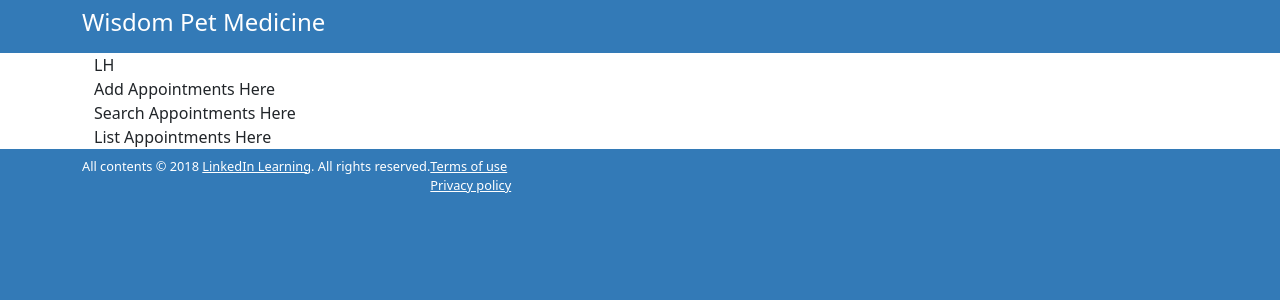
Repository: DevLuDaley/reactinterface
Page: /
These files come from the project's save history. The page is drawn as it stood at one moment and after the next save; the edit follows.
The browser window is 1280 px wide. The pictures show the whole page.
The project was rebuilt for these pictures with package versions that can differ from the ones it lists, and the page was loaded fresh each time. Also part of the build but not shown: src/css/App.css.

Above is the page before, as saved 2021-02-04 17:47:14.

### public/index.html
<!DOCTYPE html>
<html lang="en">
  <head>
    <meta charset="utf-8" />
    <link rel="icon" href="%PUBLIC_URL%/favicon.ico" />
    <meta name="viewport" content="width=device-width, initial-scale=1" />
    <meta name="theme-color" content="#000000" />
    <meta
      name="description"
      content="Web site created using create-react-app"
    />
    <link rel="apple-touch-icon" href="%PUBLIC_URL%/logo192.png" />
    <!--
      manifest.json provides metadata used when your web app is installed on a
      user's mobile device or desktop. See https://developers.google.com/web/fundamentals/web-app-manifest/
    -->
    <link rel="manifest" href="%PUBLIC_URL%/manifest.json" />
    <!--
      Notice the use of %PUBLIC_URL% in the tags above.
      It will be replaced with the URL of the `public` folder during the build.
      Only files inside the `public` folder can be referenced from the HTML.

      Unlike "/favicon.ico" or "favicon.ico", "%PUBLIC_URL%/favicon.ico" will
      work correctly both with client-side routing and a non-root public URL.
      Learn how to configure a non-root public URL by running `npm run build`.
    -->
    <title>React App</title>
  </head>
  <body>
    <noscript>You need to enable JavaScript to run this app.</noscript>
    <header class="container text-white">
      <h4 class="py-2">Wisdom Pet Medicine</h4>
    </header>

    <div id="root"></div>

    <footer class="container d-flex text-white py-2">
      <p>
        All contents &copy; 2018
        <a href="https://www.linkedin.com/learning">LinkedIn Learning</a>. All
        rights reserved.
      </p>
      <div class="ml-auto">
        <a class="d-block text-white" href="#">Terms of use</a>
        <a class="d-block text-white" href="#">Privacy policy</a>
      </div>
      <!-- col-md-6 -->
    </footer>
    <!-- footer -->
  </body>
</html>

### src/index.js
import React from 'react';
import ReactDOM from 'react-dom';
import 'bootstrap/dist/css/bootstrap.css'
import './css/index.css';
import App from './components/App';
import reportWebVitals from './reportWebVitals';
// import * as serviceWorker from './serviceWorker';
import 'jquery/dist/jquery'
import 'popper.js/dist/umd/popper'
import 'bootstrap/dist/js/bootstrap'

ReactDOM.render(
  <React.StrictMode>
    <App />
  </React.StrictMode>,
  document.getElementById('root')
);

// If you want to start measuring performance in your app, pass a function
// to log results (for example: reportWebVitals(console.log))
// or send to an analytics endpoint. Learn more: https://bit.ly/CRA-vitals
// serviceWorker.unregister()
reportWebVitals();

### src/components/App.js
import React, { Component } from 'react'
import '../css/App.css';
import AddAppointments from './AddAppointments';
import SearchAppointments from './SearchAppointments';
import ListAppointments from './ListAppointments';

class App extends Component {
  constructor(props) {
    super(props);
    this.state = {
      myName: 'LH',
      authorized: true,
      myAppointments: []
     }
  }
  componentDidMount() {
    fetch('./data.json')
    .then(response => response.json())
    .then(result => {
      const apts = result.map(item => {
        return item;
      })
      this.setState({
        myAppointments: apts
      })
    })
  }

  render() {
    return (
      // <div className="App">
            <main className="page bg-white" id="petratings">
        <div className="container">
          <div className="row">
            <div className="col-md-12 bg-white">
              <div className="container">
              { this.state.myName}
                <div> <AddAppointments /> </div>
                <div> <SearchAppointments authorized={true}/> </div>
                <div> <ListAppointments /> </div>
              </div>
            </div>
          </div>
        </div>
      </main>
    // </div>
      );
  }
}

export default App;

### src/components/AddAppointments.js
import React, { Component } from 'react'

class AddAppointments extends Component {
    constructor(props) {
        super(props);
        this.state = {  }
    }
    render() {
        return (
            <div>
                Add Appointments Here
            </div>
         );
    }
}

export default AddAppointments;

### src/components/SearchAppointments.js
import React, { Component } from 'react'
class SearchAppointments extends Component {
    constructor(props) {
        super(props);
        this.state = {  }
    }
    render() {
        return (
        <div>
            Search Appointments Here
        </div>
        );
    }
}

export default SearchAppointments;

### src/components/ListAppointments.js
import React, { Component } from 'react'

class ListAppointments extends Component {
    constructor(props) {
        super(props);
        this.state = {  }
    }
    render() {
        return (
        <div>
            List Appointments Here
        </div>
        );
    }
}
export default ListAppointments;

### public/data.json
[
  {
    "petName": "Pepe",
    "ownerName": "Reggie Tupp",
    "aptNotes": "It's time for this rabbit's post spaying surgery checkup",
    "aptDate": "2018-11-28 13:30"
  },
  {
    "petName": "Rio",
    "ownerName": "Philip Ransu",
    "aptNotes": "Rio is up for his next round of vaccinations",
    "aptDate": "2018-11-28 10:15"
  },
  {
    "petName": "Scooter",
    "ownerName": "Zachary Heilyn",
    "aptNotes": "Scooter has been pawing at his ear and may have an ear infection",
    "aptDate": "2018-11-28 14:45"
  },
  {
    "petName": "Nadalee",
    "ownerName": "Krystle Valerija",
    "aptNotes": "This dog is coming in for his monthly nail trim and grooming",
    "aptDate": "2018-11-28 16:00"
  },
  {
    "petName": "Scout",
    "ownerName": "Nicolette Bardeau",
    "aptNotes": "This dog is coming in for his annual checkup and vaccinations",
    "aptDate": "2018-11-28 9:00"
  },
  {
    "petName": "Zera",
    "ownerName": "Austin Finnagan",
    "aptNotes": "This iguana's is showing signs of dementia associated with his old age",
    "aptDate": "2018-11-29 13:15"
  },
  {
    "petName": "Oddball",
    "ownerName": "Howie Cadell",
    "aptNotes": "Oddball has a hard lump on right front foot",
    "aptDate": "2018-11-29 10:00"
  },
  {
    "petName": "Millie",
    "ownerName": "Freya Terray",
    "aptNotes": "MIllie has exhibited signs of an upset stomach and is not eating regularly",
    "aptDate": "2018-11-29 11:45"
  },
  {
    "petName": "Fluffy",
    "ownerName": "Tracy Westbay",
    "aptNotes": "Fluffy has some matted hair that needs to be groomed",
    "aptDate": "2018-11-29 14:30"
  },
  {
    "petName": "Chyna",
    "ownerName": "Sandie Gobnet",
    "aptNotes": "This turtle is coming in for a checkup and to be tested for Salmonella",
    "aptDate": "2018-11-29 16:00"
  },
  {
    "petName": "Wesley",
    "ownerName": "Nathan Cayden",
    "aptNotes": "This dog is returning for his next heartworm treatment visit",
    "aptDate": "2018-11-29 8:30"
  },
  {
    "petName": "Pax",
    "ownerName": "Sarah Greer",
    "aptNotes": "This senior dog has been sluggish and showing lethargic behavior",
    "aptDate": "2018-11-30 10:15"
  },
  {
    "petName": "Squiggles",
    "ownerName": "Madisyn Roope",
    "aptNotes": "Squiggles is due for her annual checkup and vaccinations",
    "aptDate": "2018-11-30 11:30"
  },
  {
    "petName": "Lucky",
    "ownerName": "Lisa Choy-Wu",
    "aptNotes": "This cat has tartar buildup and her owner would like his teeth cleaned",
    "aptDate": "2018-11-30 14:30"
  },
  {
    "petName": "Bailey",
    "ownerName": "Leslie Richardson",
    "aptNotes": "This cat is suffering from hotspots and dermatitis",
    "aptDate": "2018-11-30 15:45"
  },
  {
    "petName": "Kiko",
    "ownerName": "Kathlyn Zlata",
    "aptNotes": "Kiko has been exhibiting excessive thirst and weight loss for the past few weeks",
    "aptDate": "2018-11-30 9:00"
  },
  {
    "petName": "Felix",
    "ownerName": "Francine Benet",
    "aptNotes": "Felix's mom is coming in to follow up on  lab work results",
    "aptDate": "2018-12-1 13:00"
  },
  {
    "petName": "Sami",
    "ownerName": "Maggie Rickland",
    "aptNotes": "Sami has had some changes in his bathroom in habits",
    "aptDate": "2018-12-1 10:00"
  },
  {
    "petName": "Cosmo",
    "ownerName": "Jennifer Dawson",
    "aptNotes": "Cosmo's mom would like us to check for arthritic conditions and do a routine checkup",
    "aptDate": "2018-12-1 11:30"
  },
  {
    "petName": "Casper",
    "ownerName": "Dalania Devitto",
    "aptNotes": "This dog is coming in for a nail trim and grooming",
    "aptDate": "2018-12-1 15:15"
  },
  {
    "petName": "Chip",
    "ownerName": "Jason Hemlock",
    "aptNotes": "This fish has a spotty white patch developing on his back ",
    "aptDate": "2018-12-1 8:45"
  },
  {
    "petName": "Tibbs",
    "ownerName": "Shad Cayden",
    "aptNotes": "Tibbs has had an ongoing rash and cold symptoms and we are going to run allergy tests",
    "aptDate": "2018-12-2 13:30"
  },
  {
    "petName": "Stich",
    "ownerName": "Dennis Nicholback",
    "aptNotes": "Stich has been having some stomach issues and is due for his vaccinations",
    "aptDate": "2018-12-2 10:15"
  },
  {
    "petName": "Shadow",
    "ownerName": "Audry Topsy",
    "aptNotes": "This cat has a red swollen eye with a discharge",
    "aptDate": "2018-12-2 15:00"
  },
  {
    "petName": "Nugget",
    "ownerName": "Darla Branson",
    "aptNotes": "This little fish Nugget, has  a rash on his stomach area",
    "aptDate": "2018-12-2 9:00"
  }
]

Loaded but not shown: src/css/index.css (common file); src/reportWebVitals.js (common file)

After the next save:
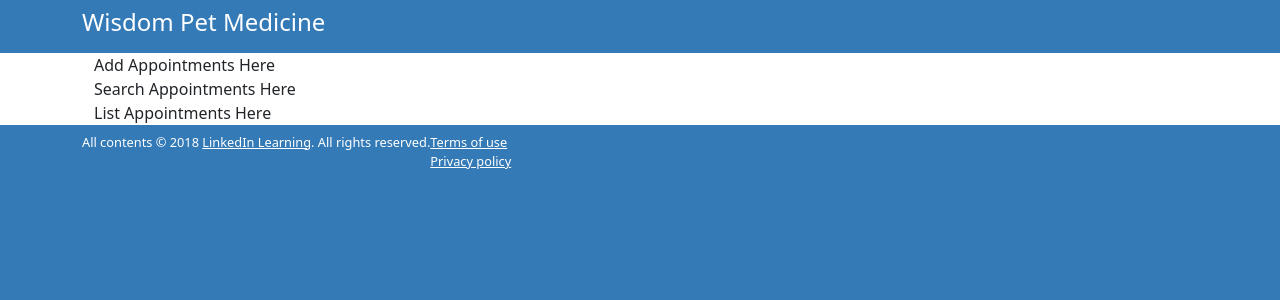
Saved 103 s later.
--- a/src/components/App.js
+++ b/src/components/App.js
@@ -8,7 +8,6 @@ class App extends Component {
   constructor(props) {
     super(props);
     this.state = {
-      myName: 'LH',
       authorized: true,
       myAppointments: []
      }
@@ -34,7 +33,6 @@ class App extends Component {
           <div className="row">
             <div className="col-md-12 bg-white">
               <div className="container">
-              { this.state.myName}
                 <div> <AddAppointments /> </div>
                 <div> <SearchAppointments authorized={true}/> </div>
                 <div> <ListAppointments /> </div>
